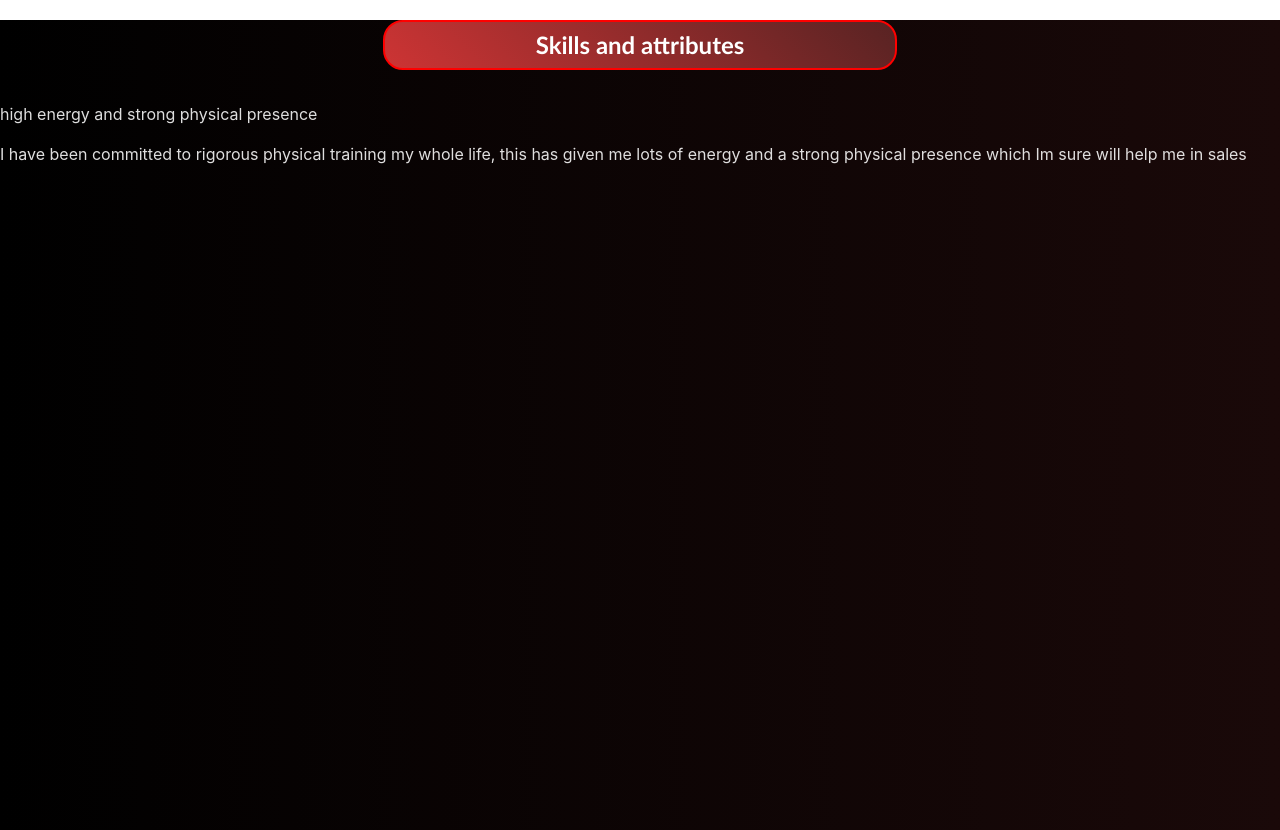
Repository: TMuse333/resume1
Page: /
An editor plug-in stored every save of this project. The page is shown before and after the next save, followed by the edit.
The browser window is 1280 px wide. The pictures show the whole page.
The project was rebuilt for these pictures with package versions that can differ from the ones it lists, and the page was loaded fresh each time. Also part of the build but not shown: vite.config.js, src/components/about.jsx, src/components/contact.jsx, src/components/footer.jsx, src/components/experience.jsx, src/components/carousel.jsx, src/components/experienceCarousel.jsx, src/components/BulletPoint.jsx and 3 more. Imported but missing from the stored project, and not drawn on this page: src/images/best_dunk.mp4.

Above is the page before, as saved 2023-10-18 15:15:57.

After the next save:
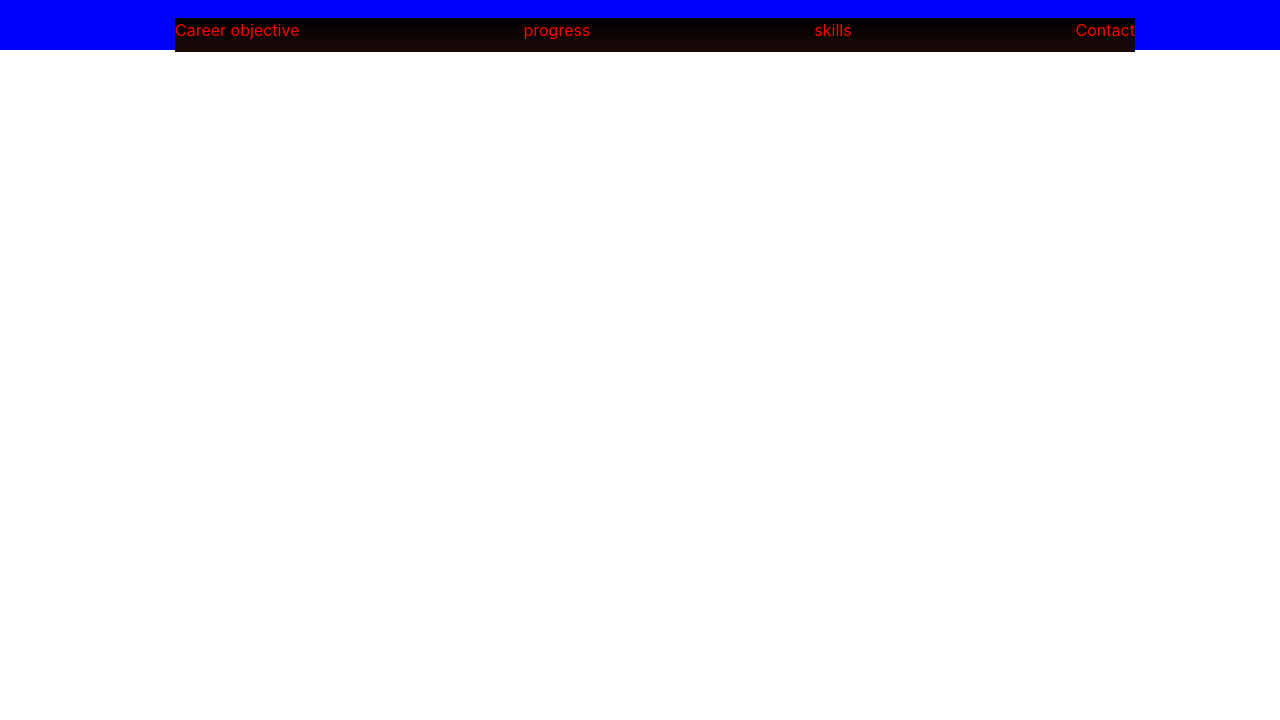
Saved 22 s later.
--- a/src/components/MainLayout.jsx
+++ b/src/components/MainLayout.jsx
@@ -17,8 +17,8 @@ import BulletPointList from './bulletPointList';
 function MainLayout({ children }) {
   return (
    <>
-   {/* <Navbar/> */}
-   {/* <About/> */}
+   <Navbar/> */}
+   {/* <About/>
    <Skills/>
    {/* <BulletPointList/> */}
   {/* <Carousel/> */}
